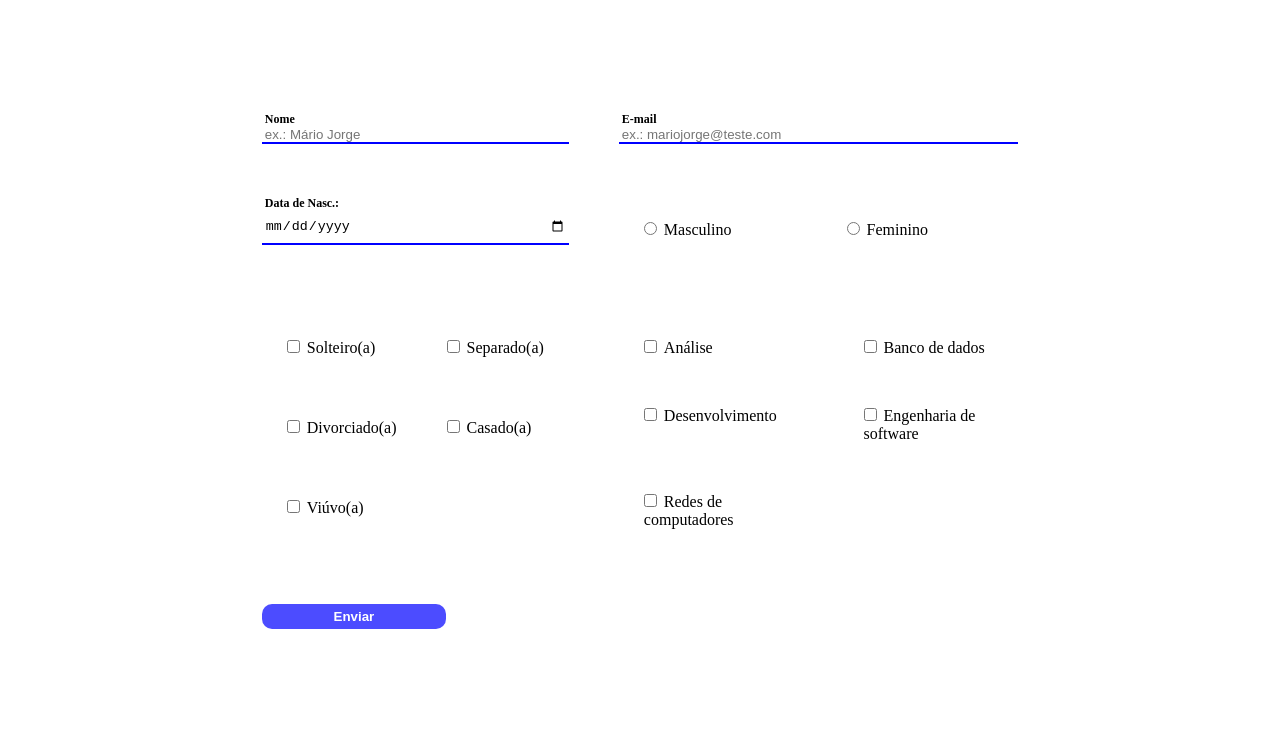
Repository: mjRibeiroTriscal/UVA_Projects
Page: Proj_A1_AVA2_2020_1/index.html
An editor plug-in stored every save of this project. The page is shown before and after the next save, followed by the edit.
The browser window is 1280 px wide. The pictures show the whole page.

Above is the page before, as saved 2020-03-13 14:18:29.

### Proj_A1_AVA2_2020_1/index.html
<!--
*   @project     A1_AVA2_UVA_2020_1
*   @author      Mário Jorge (mariojgmaster@yahoo.com.br)
*   @Git         MJRibeiroTriscal (https://github.com/mjRibeiroTriscal)
-->

<html>

<head>
    <meta charset="UTF-8">
    <title>Tell Me About You</title>
    <!-- <link rel="icon" href="./favicon.png" sizes="16x16 32x32" type="image/png"> -->
    <script src="./script.js"></script>
    <link rel="stylesheet" href="./style.css" />
</head>

<body>
    <div id="container">

        <header>

        </header>

        <section>

            <form class="gridContainer" name="formUva" action="http://google.co">

                <div class="gridItem">
                    <label for="nome" class="labelFirst">Nome</label>
                    <input id="nome" type="text" name="nome" placeholder="ex.: Mário Jorge" />
                </div>
                <div class="gridItem">
                    <label for="email" class="labelFirst">E-mail</label>
                    <input id="email" type="text" name="email" placeholder="ex.: mariojorge@teste.com" />
                </div>

                <div class="gridItem">
                    <label for="dataNasc" class="labelFirst">Data de Nasc.:</label>
                    <input id="dataNasc" type="date" name="dataNasc" />
                </div>

                <div class="gridItem gridContainer">
                    <div class="gridItem">
                        <input id="masc" type="radio" name="masc" />
                        <label for="masc">Masculino</label>
                    </div>
                    <div class="gridItem">
                        <input id="fem" type="radio" name="fem" />
                        <label for="fem">Feminino</label>
                    </div>
                </div>

                <div class="gridItem gridContainer">
                    <div class="gridItem">
                        <input id="solteiro" type="checkbox" name="estCivil" />
                        <label for="solteiro">Solteiro(a)</label>
                    </div>
                    <div class="gridItem">
                        <input id="separado" type="checkbox" name="estCivil" />
                        <label for="separado">Separado(a)</label>
                    </div>
                    <div class="gridItem">
                        <input id="divorciado" type="checkbox" name="estCivil" />
                        <label for="divorciado">Divorciado(a)</label>
                    </div>
                    <div class="gridItem">
                        <input id="casado" type="checkbox" name="estCivil" />
                        <label for="casado">Casado(a)</label>
                    </div>
                    <div class="gridItem">
                        <input id="viuvo" type="checkbox" name="estCivil" />
                        <label for="viuvo">Viúvo(a)</label>
                    </div>
                </div>

                <div class="gridItem gridContainer">
                    <div class="gridItem">
                        <input id="analise" type="checkbox" name="analise" />
                        <label for="analise">Análise</label>
                    </div>
                    <div class="gridItem">
                        <input id="bancoDados" type="checkbox" name="bancoDados" />
                        <label for="bancoDados">Banco de dados</label>
                    </div>
                    <div class="gridItem">
                        <input id="desenvolvimento" type="checkbox" name="desenvolvimento" />
                        <label for="desenvolvimento">Desenvolvimento</label>
                    </div>
                    <div class="gridItem">
                        <input id="engenhariaSoftware" type="checkbox" name="engenhariaSoftware" />
                        <label for="engenhariaSoftware">Engenharia de software</label>
                    </div>
                    <div class="gridItem">
                        <input id="redesComputadores" type="checkbox" name="redesComputadores" />
                        <label for="redesComputadores">Redes de computadores</label>
                    </div>
                </div>

                <div class="gridItem itemFlex">
                    <input type="submit" value="Enviar">
                </div>

            </form>

        </section>

        <footer>

        </footer>

</body>

</html>

### Proj_A1_AVA2_2020_1/script.js
/*
 *   @project     A1_AVA2_UVA_2020_1
 *   @author      Mário Jorge (mariojgmaster@yahoo.com.br)
 *   @Git         MJRibeiroTriscal (https://github.com/mjRibeiroTriscal)
 */

### Proj_A1_AVA2_2020_1/style.css
/*
 *   @project     A1_AVA2_UVA_2020_1
 *   @author      Mário Jorge (mariojgmaster@yahoo.com.br)
 *   @Git         MJRibeiroTriscal (https://github.com/mjRibeiroTriscal)
 */

* {
    margin: 0px;
    padding: 0px;
}

html,
body {
    width: 100%;
    height: 100%;
}

#container {
    padding: 10px;
    display: flex;
    align-items: center;
    justify-content: center;
    height: 100%;
}

section {
    width: 80%;
    display: flex;
    align-items: center;
    justify-content: center;
}

section form.gridContainer {
    width: 80%;
}

label.labelFirst {
    font-size: 12px;
    font-weight: bold;
}

label {
    margin-left: 3px;
}

input {
    border: none;
    outline: none;
    box-shadow: 0;
}

input[type=text],
input[type=date] {
    width: 100%;
    height: 50%;
    padding: 1px 3px;
    border-bottom: 2px solid Blue;
    background: none;
}

input[type=submit] {
    width: 60%;
    height: 100%;
    padding: 5px;
    color: #FFF;
    font-weight: bold;
    background-color: rgba(0, 0, 255, 0.7);
    border-radius: 10px;
}

input[type=submit]:active {
    background-color: rgba(0, 0, 255, 0.9);
}

.gridContainer {
    display: grid;
    /* border: 1px solid red; */
    grid-template-columns: auto auto;
}

.gridItem {
    padding: 20px;
    /* background-color: rgb(245, 245, 245); */
    margin: 5px;
}

.blockContainer {
    border-radius: 10px;
    box-shadow: 1px 1px 2px rgba(0, 0, 255, 0.7), 2px 2px 3px blue;
}

After the next save:
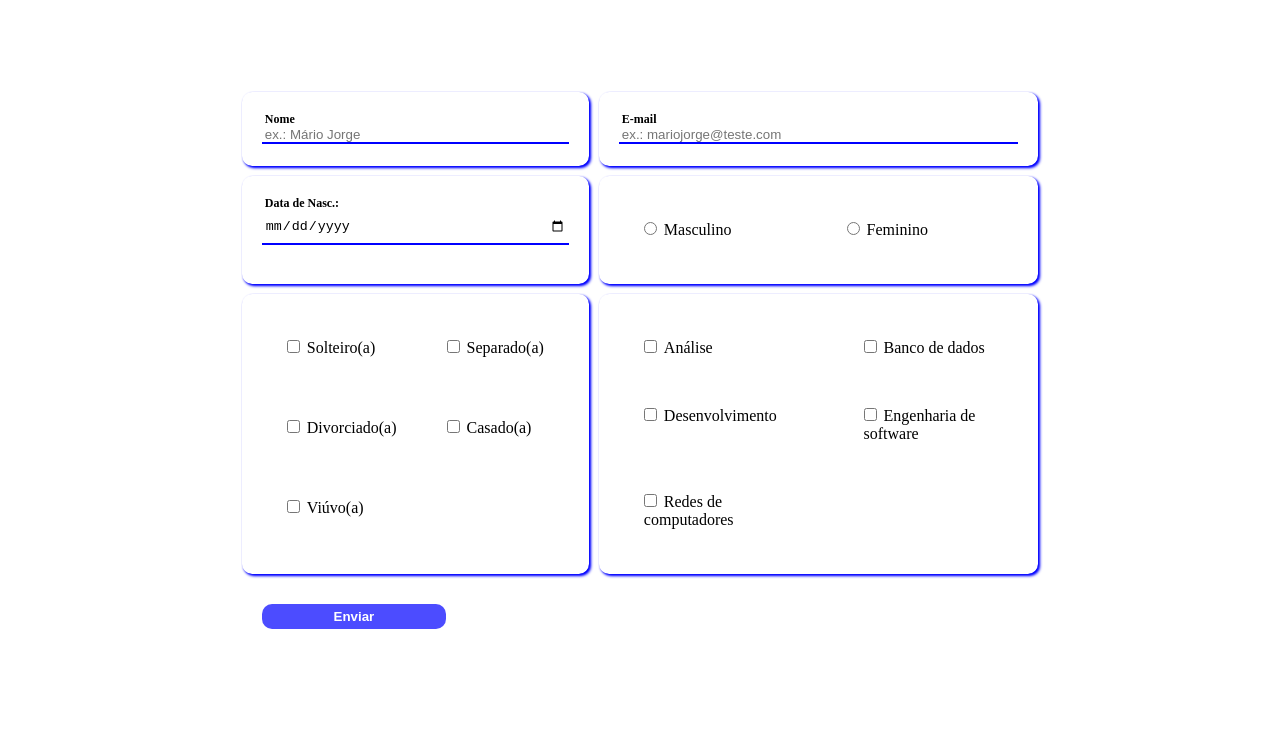
Saved 29 s later.
--- a/Proj_A1_AVA2_2020_1/index.html
+++ b/Proj_A1_AVA2_2020_1/index.html
@@ -25,21 +25,21 @@
 
             <form class="gridContainer" name="formUva" action="http://google.co">
 
-                <div class="gridItem">
+                <div class="gridItem blockContainer">
                     <label for="nome" class="labelFirst">Nome</label>
                     <input id="nome" type="text" name="nome" placeholder="ex.: Mário Jorge" />
                 </div>
-                <div class="gridItem">
+                <div class="gridItem blockContainer">
                     <label for="email" class="labelFirst">E-mail</label>
                     <input id="email" type="text" name="email" placeholder="ex.: mariojorge@teste.com" />
                 </div>
 
-                <div class="gridItem">
+                <div class="gridItem blockContainer">
                     <label for="dataNasc" class="labelFirst">Data de Nasc.:</label>
                     <input id="dataNasc" type="date" name="dataNasc" />
                 </div>
 
-                <div class="gridItem gridContainer">
+                <div class="gridItem gridContainer blockContainer">
                     <div class="gridItem">
                         <input id="masc" type="radio" name="masc" />
                         <label for="masc">Masculino</label>
@@ -50,7 +50,7 @@
                     </div>
                 </div>
 
-                <div class="gridItem gridContainer">
+                <div class="gridItem gridContainer blockContainer">
                     <div class="gridItem">
                         <input id="solteiro" type="checkbox" name="estCivil" />
                         <label for="solteiro">Solteiro(a)</label>
@@ -73,7 +73,7 @@
                     </div>
                 </div>
 
-                <div class="gridItem gridContainer">
+                <div class="gridItem gridContainer blockContainer">
                     <div class="gridItem">
                         <input id="analise" type="checkbox" name="analise" />
                         <label for="analise">Análise</label>
